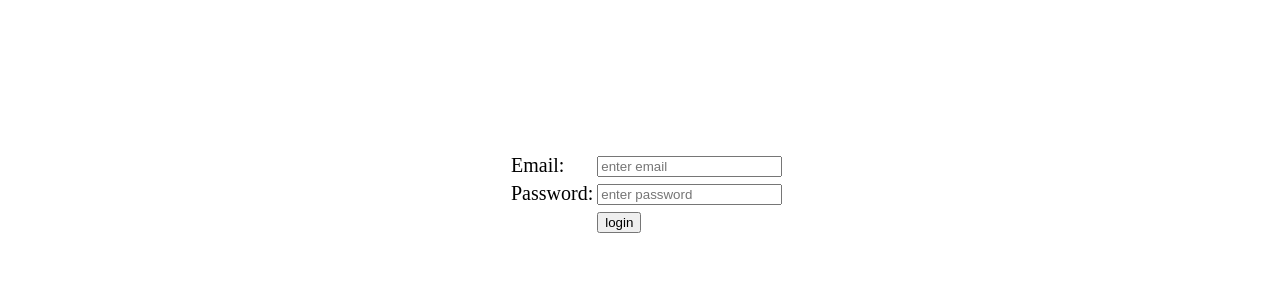
Repository: shalini66/jdbc
Page: http://localhost/springmvc/form.jsp
These files come from the project's save history. The page is drawn as it stood at one moment and after the next save; the edit follows.
The browser window is 1280 px wide. The pictures show the whole page.
The page is served by Tomcat 9.

Above is the page before, as saved 2020-03-09 10:07:54.

After the next save:
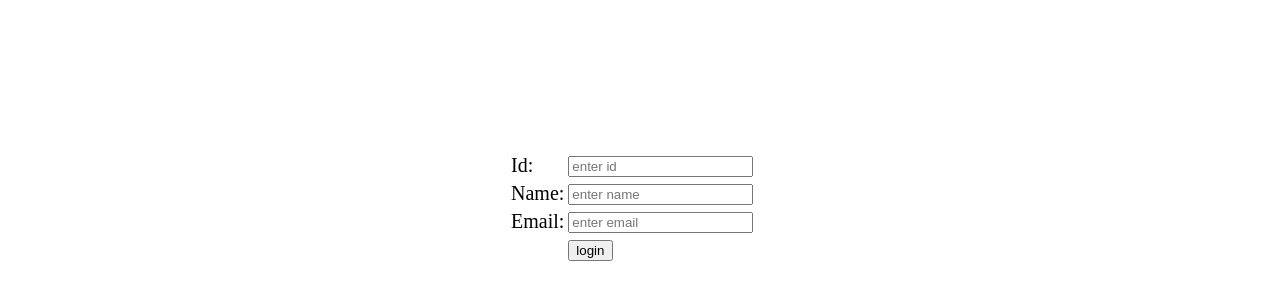
Saved 2 min 7 s later.
--- a/springmvc/src/main/webapp/form.jsp
+++ b/springmvc/src/main/webapp/form.jsp
@@ -15,17 +15,23 @@
 
 		<table style="font-size: 20px">
 
+			<tr>
+				<td>Id:</td>
+				<td><input name="id" type="text"
+					placeholder="enter id"></td>
+			</tr>
+			<tr>
+				<td>Name:</td>
+				<td><input name="name" type="text"
+					placeholder="enter name"></td>
+			</tr>
 
 			<tr>
 				<td>Email:</td>
 				<td><input name="email" type="text" placeholder="enter email"></td>
 			</tr>
 
-			<tr>
-				<td>Password:</td>
-				<td><input name="password" type="text"
-					placeholder="enter password"></td>
-			</tr>
+
 
 			<tr>
 				<td></td>
